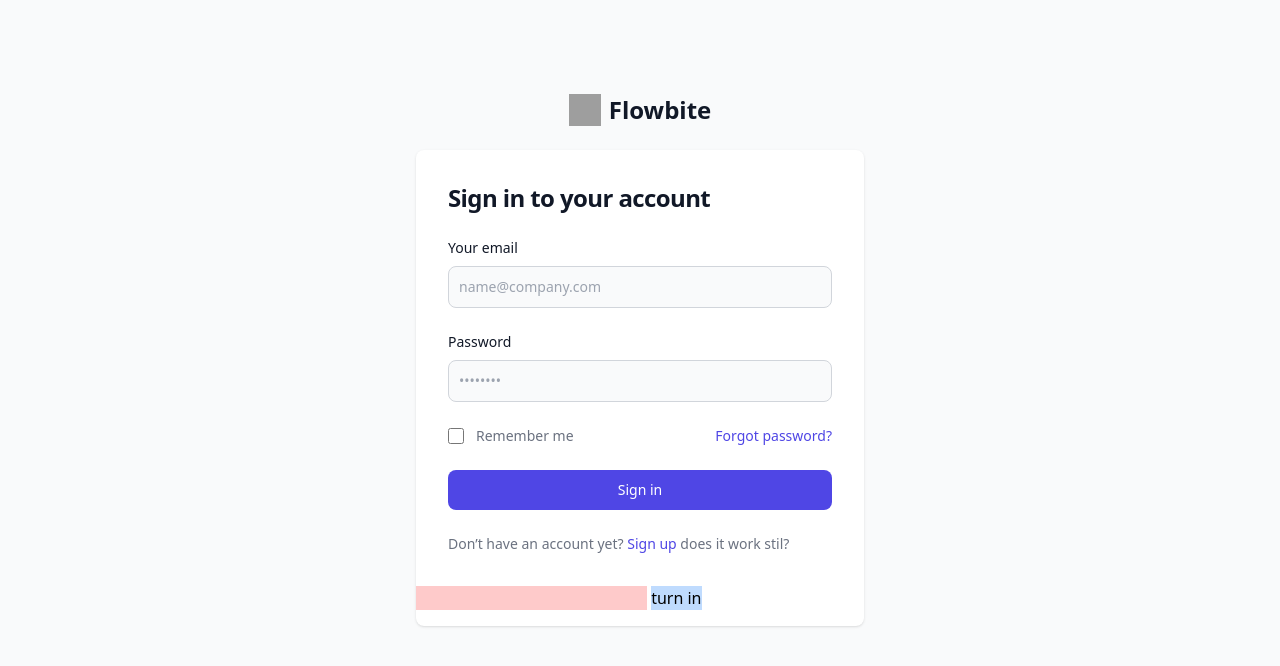
Repository: Narain-Singaram/Coreverse-SMP-Project
Page: http://localhost/account/login.php
These files come from the project's save history. The page is drawn as it stood at one moment and after the next save; the edit follows.
The browser window is 1280 px wide. The pictures show the whole page.
Pictures or frames that could not be fetched are drawn as grey boxes. Some web libraries are served in a nearby version. The page is run by PHP 8.4 with error messages shown; the project is at /var/www/html/.

Above is the page before, as saved 2022-11-05 23:45:01.

After the next save:
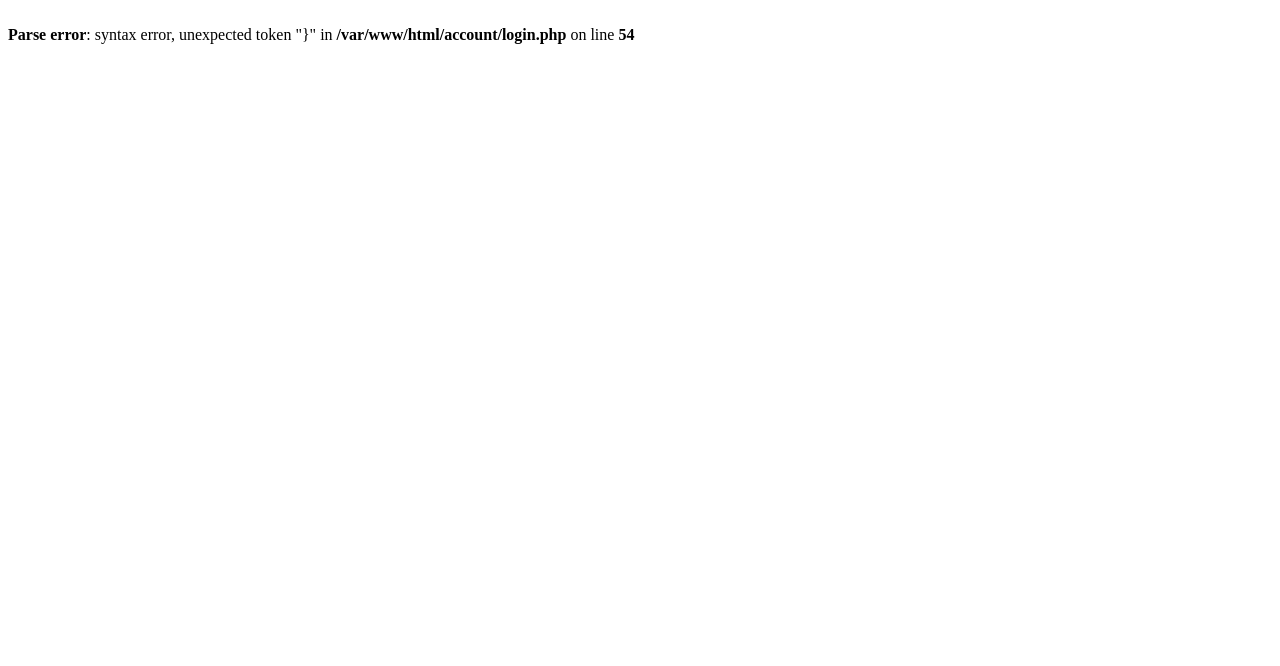
Saved 19 s later.
--- a/account/login.php
+++ b/account/login.php
@@ -49,6 +49,8 @@
     <?php
         if(isset($_POST['submit_name'])) {
             $name = $_POST['full_name'];
+
+            $name_change = mysqli_query
         }
     ?>
 

After the 3 saves that followed:
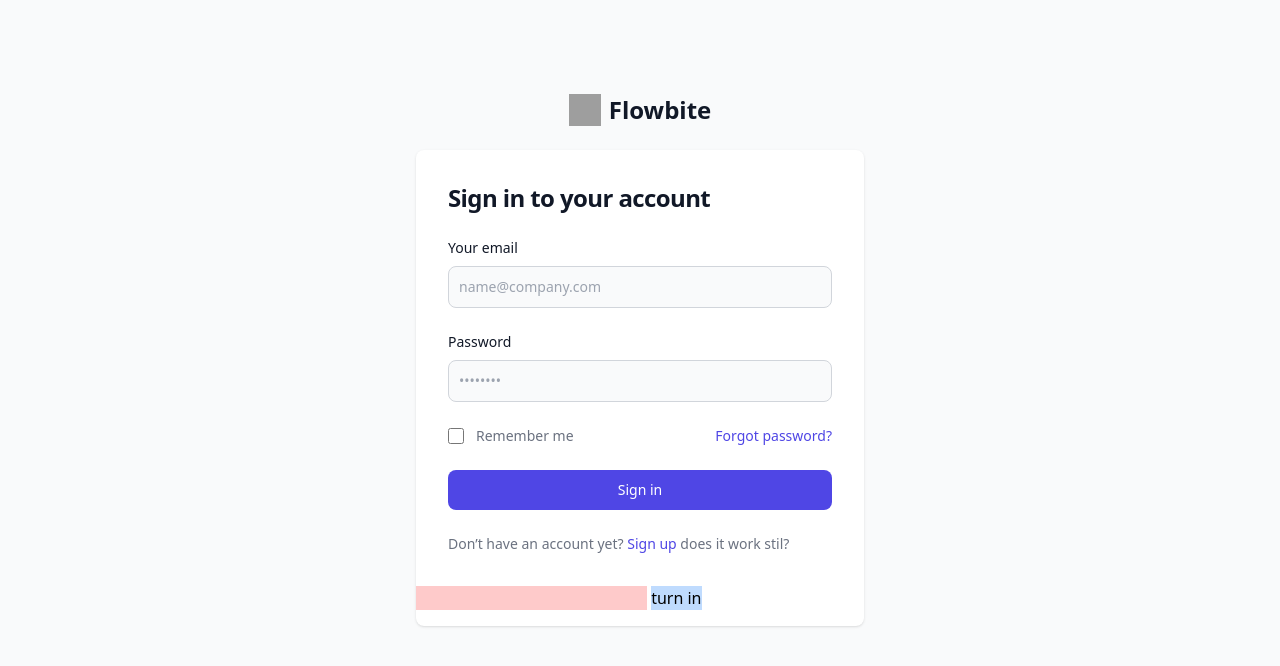
The 3 saves are shown as one change because they came seconds apart.
The last was saved 52 s later.
--- a/account/login.php
+++ b/account/login.php
@@ -50,7 +50,7 @@
         if(isset($_POST['submit_name'])) {
             $name = $_POST['full_name'];
 
-            $name_change = mysqli_query
+            $name_change = mysqli_query($con,"UPDATE users SET full_name = 1");
         }
     ?>
 
